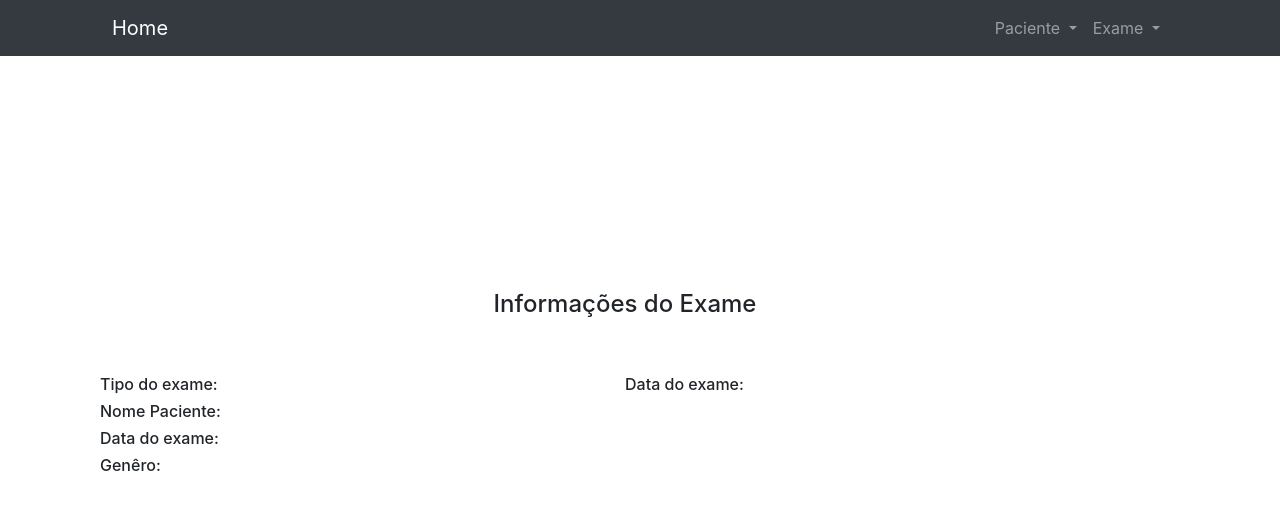
Repository: noobDevPRB/struts2_project
Page: http://localhost/Projeto_SOCTest/WEB-INF/jsp/exame/visualizar.jsp
An editor plug-in stored every save of this project. The page is shown before and after the next save, followed by the edit.
The browser window is 1280 px wide. The pictures show the whole page.
The page is served by Tomcat 9. Nobody is signed in. The template is opened directly, without the code that normally fills it, so the values that code supplies are empty.

Above is the page before, as saved 2020-10-18 18:44:19.

After the next save:
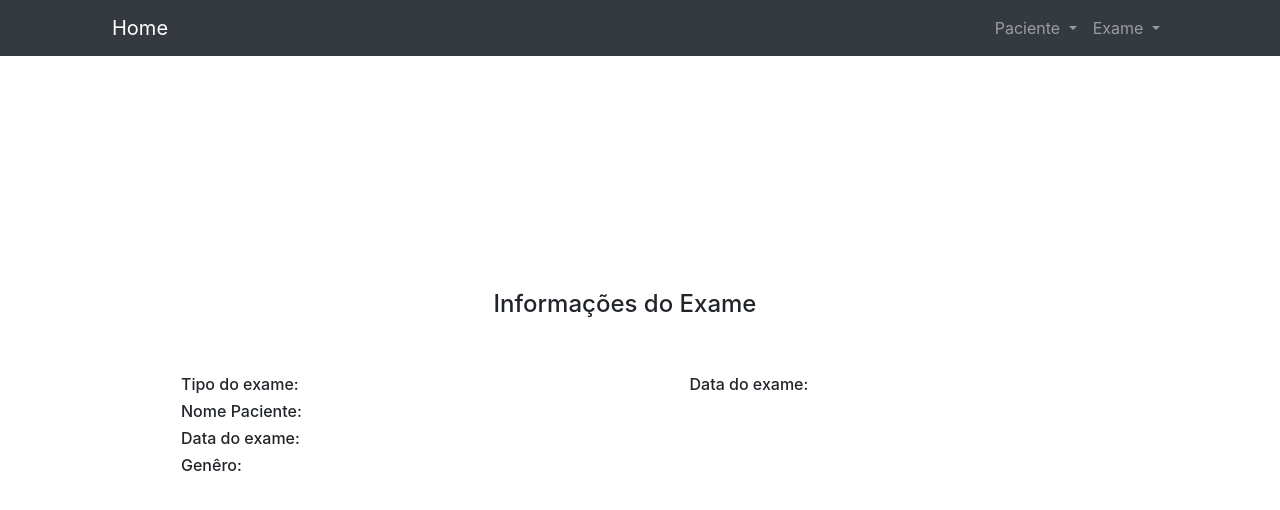
Saved 34 s later.
--- a/Projeto_SOCTest/WebContent/WEB-INF/jsp/exame/visualizar.jsp
+++ b/Projeto_SOCTest/WebContent/WEB-INF/jsp/exame/visualizar.jsp
@@ -17,7 +17,7 @@
 			<h4>Informações do Exame</h4>
 		</div>
 	  	<div class="row">
-	  		<div class="col-lg-12 justify-content-center">
+	  		<div class="col-lg-12 justify-content-center pl-5 ml-5">
 			    <div class="container">
 					<div class="row">
 						<div class="col">
